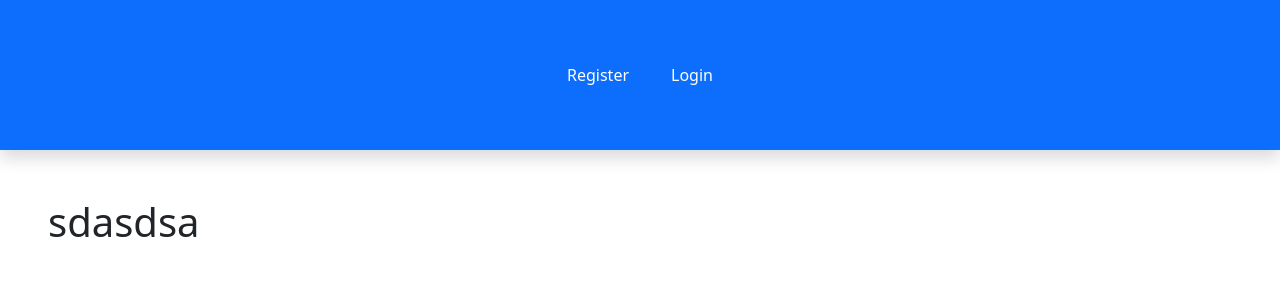
Repository: loveleii/firebase-login-logout
Page: /
These files come from the project's save history. The page is drawn as it stood at one moment and after the next save; the edit follows.
The browser window is 1280 px wide. The pictures show the whole page.
The project was rebuilt for these pictures with package versions that can differ from the ones it lists, and the page was loaded fresh each time. Also part of the build but not shown: vite.config.ts, src/views/loginView.vue, src/assets/main.css.

Above is the page before, as saved 2023-03-04 19:29:33.

After the next save:
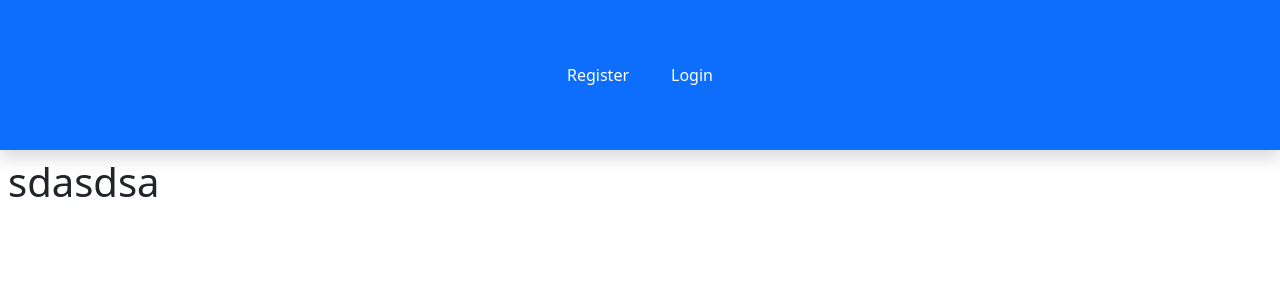
Saved 5 s later.
--- a/src/App.vue
+++ b/src/App.vue
@@ -14,7 +14,7 @@ import { RouterLink, RouterView } from 'vue-router'
             </div>
         </header>
     </div>
-    <div class="center-container m-5">
+    <div class="center-container m-2">
       <RouterView />
     </div>
 
